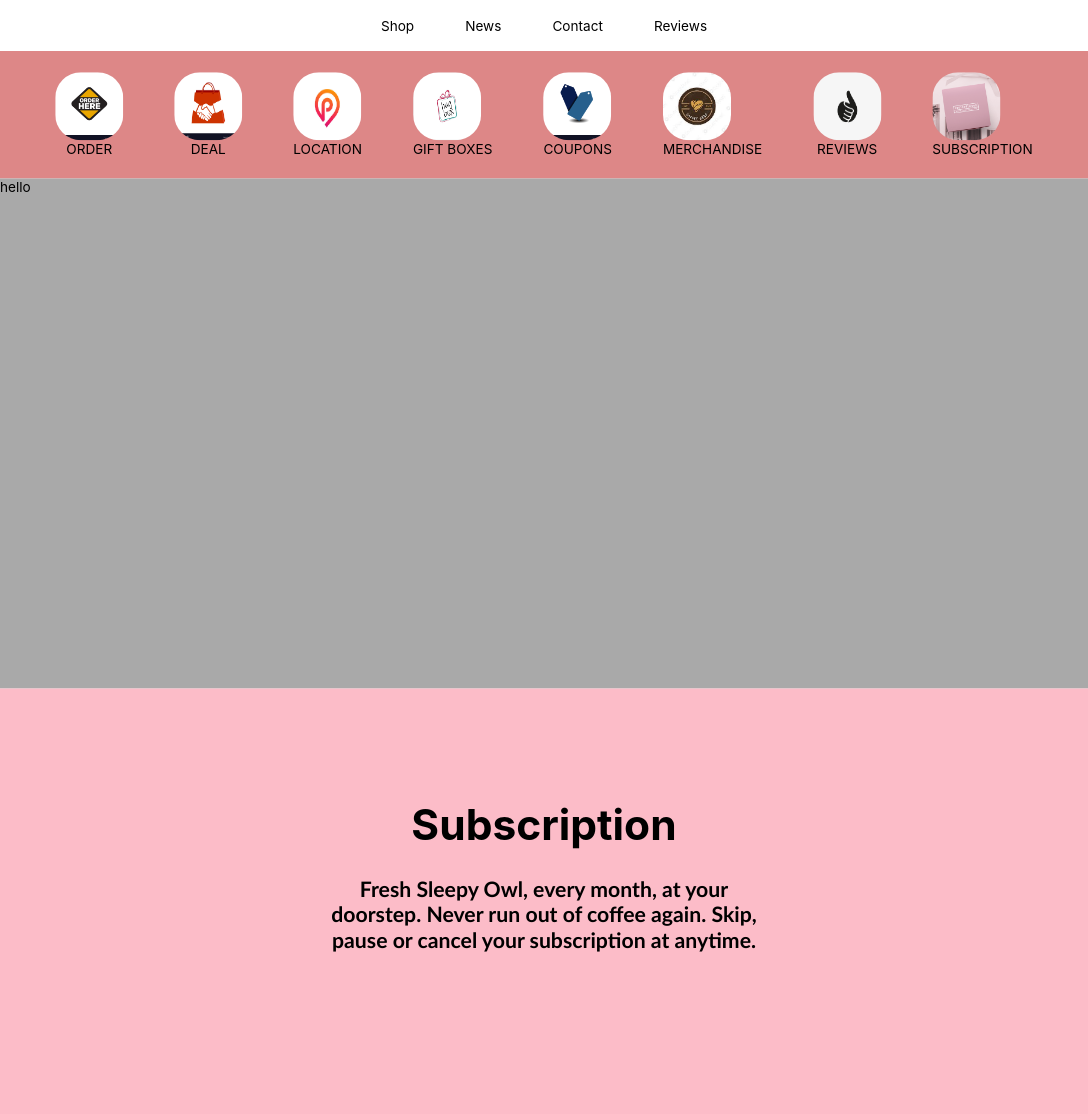
Repository: tusharpasricha/owlsomecoffee
Page: /
The author's editor kept a copy of each file at every save. The page is drawn from the files as they stood at one save, then again after the next save.
The browser window is 1280 px wide. The pictures show the whole page, at 85% of full size.
The project was rebuilt for these pictures with package versions that can differ from the ones it lists, and the page was loaded fresh each time.

Above is the page before, as saved 2021-09-27 10:54:00.

After the next save:
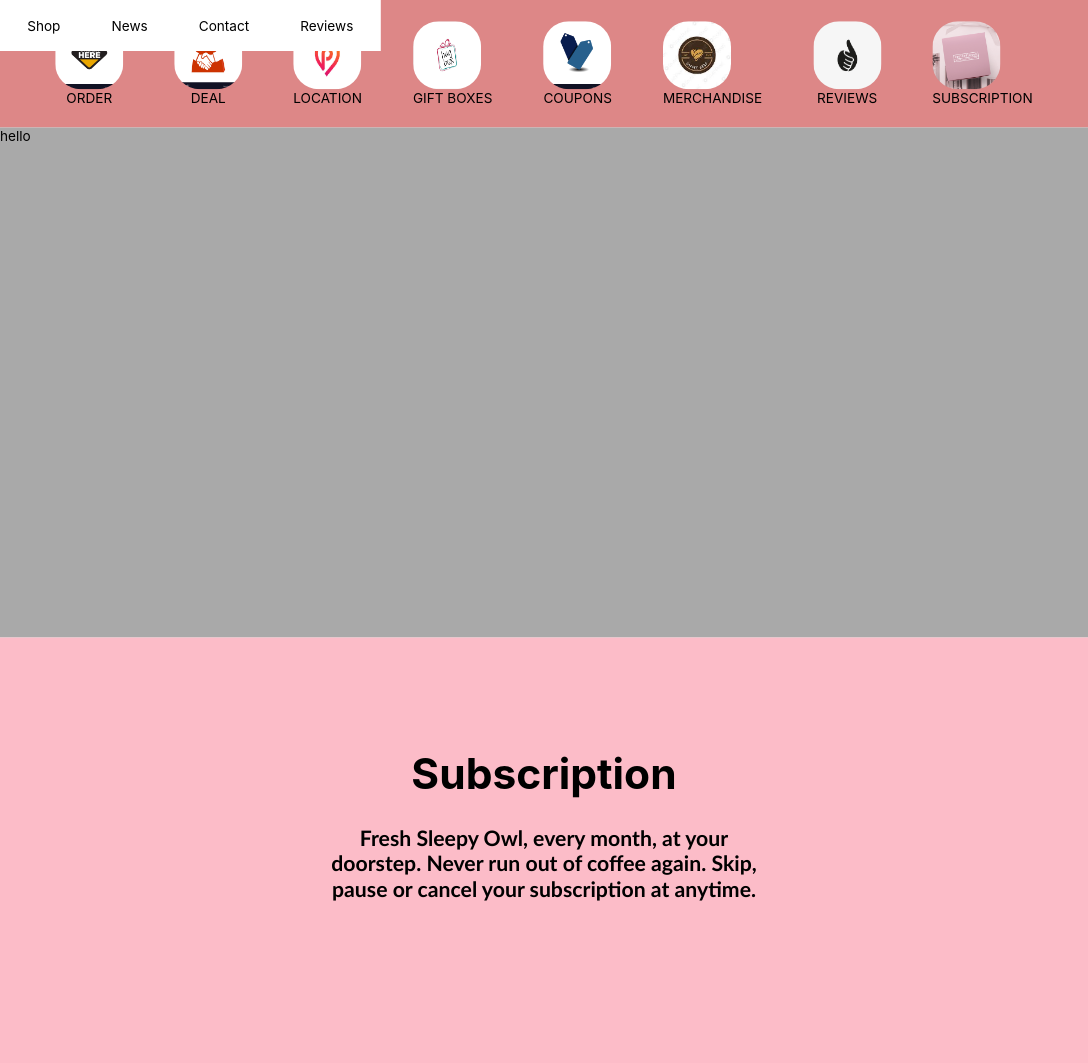
Saved 9 min 9 s later.
--- a/src/components/navbar.css
+++ b/src/components/navbar.css
@@ -2,17 +2,14 @@
     margin: 0%;
 
 }
-.mobile-nav {
-	position: -webkit-sticky; /* Safari */
-	position: sticky;
-	top: 0;
-}
+
 .nav{
     background-color: rgb(255, 255, 255);
     display: flex;
     justify-content: center;
     height: 60px;
     align-items: center;
+    position: fixed;
 }
 ul{
 
